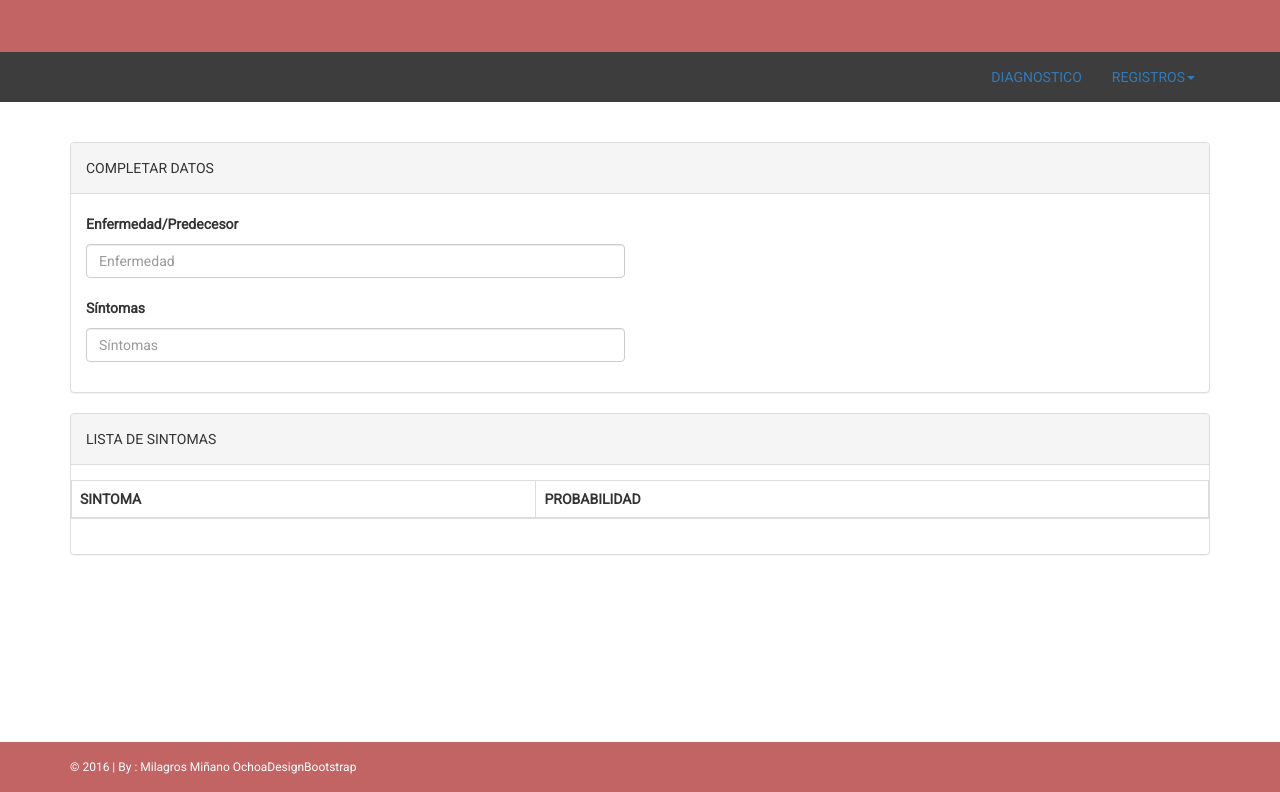
Repository: Mili10/PROYECTOII
Page: http://localhost/Capa_Presentación/frmRegistroSintoma.jsp
These files come from the project's save history. The page is drawn as it stood at one moment and after the next save; the edit follows.
The browser window is 1280 px wide. The pictures show the whole page.
The page is served by Tomcat 9.

Above is the page before, as saved 2016-05-16 06:14:38.

### sistema_experto_web/Capa_Presentación/WebContent/frmRegistroSintoma.jsp
<%@ page language="java" contentType="text/html; charset=ISO-8859-1"
    pageEncoding="ISO-8859-1"%>
<!DOCTYPE html PUBLIC "-//W3C//DTD HTML 4.01 Transitional//EN" "http://www.w3.org/TR/html4/loose.dtd">
<html>
<head>
<meta http-equiv="Content-Type" content="text/html; charset=ISO-8859-1">
<title>Insert title here</title>
	<link href="Plantilla/css/bootstrap.css" rel="stylesheet" />
    <link href="Plantilla/css/font-awesome.css" rel="stylesheet" />
    <link href="Plantilla/css/style.css" rel="stylesheet" />
</head>
<body>
	<jsp:include page="includes/masterHeader.jsp"></jsp:include>
	<div class="content-wrapper">
		<div class="container">
			<div class="panel panel-default">
	             <div class="panel-heading">
	               COMPLETAR DATOS
	             </div>
	              <div class="row">
		             <div class="panel-body">
		             	<div class="col-md-6">
						  <form>
						  <div class="form-group">
						    <label for="exampleInputEmail1">Enfermedad/Predecesor</label>
						    <input type="text" class="form-control" placeholder="Enfermedad">
						  </div>
						  <div class="form-group">
						    <label for="exampleInputPassword1">Síntomas</label>
						    <input type="text" class="form-control" placeholder="Síntomas">
						  </div>
						 </form>
						</div>
					  </div>
				  </div>
	         </div>

	         <div class="panel panel-default">
	             <div class="panel-heading">
	               LISTA DE SINTOMAS
	             </div>
	              <div class="row">
		             <div class="panel-body">
		             	<div class="table-responsive">
                                <table class="table table-striped table-bordered table-hover">
                                    <thead>
                                        <tr>
                                            <th>SINTOMA</th>
                                            <th>PROBABILIDAD</th>
                                        </tr>
                                    </thead>
                                    <tbody>

                                    </tbody>
                                </table>
                            </div>
					  </div>
				  </div>
	         </div>

	      </div>
      </div>


	<jsp:include page="includes/masterFooter.jsp"></jsp:include>

	<script src="Plantilla/js/jquery-1.11.1.js"></script>
    <script src="Plantilla/js/bootstrap.js"></script>
</body>
</html>

### sistema_experto_web/Capa_Presentación/WebContent/includes/masterHeader.jsp
    <div class="navbar navbar-inverse set-radius-zero">
        <div class="container">
            <div class="navbar-header">
                <button type="button" class="navbar-toggle" data-toggle="collapse" data-target=".navbar-collapse">
                    <span class="icon-bar"></span>
                    <span class="icon-bar"></span>
                    <span class="icon-bar"></span>
                </button>
                <a class="navbar-brand" href="index.html">

                </a>

            </div>

        </div>
    </div>
    <!-- LOGO HEADER END-->
    <section class="menu-section">
        <div class="container">
            <div class="row">
                <div class="col-md-12">
                    <div class="navbar-collapse collapse">
                        <ul class="nav navbar-nav navbar-right">
                            <li><a href="frmCuestionario.jsp">DIAGNOSTICO</a></li>
                            <li class="dropdown">
                            	<a href="#" class="dropdown-toggle" data-toggle="dropdown" role="button" aria-haspopup="true" aria-expanded="false">REGISTROS<span class="caret"></span></a>
                            	<ul class="dropdown-menu">
						            <li><a href="frmRegistroSintoma.jsp" role="button">SINTOMA</a></li>
						        </ul>
                            </li>
                        </ul>
                    </div>
                </div>

            </div>
        </div>
    </section>

### sistema_experto_web/Capa_Presentación/WebContent/includes/masterFooter.jsp
<!-- CONTENT-WRAPPER SECTION END-->
    <footer>
        <div class="container">
            <div class="row">
                <div class="col-md-12">
                    &copy; 2016 | By : Milagros Miñano Ochoa<a href="http://www.designbootstrap.com/" target="_blank">DesignBootstrap</a>
                </div>

            </div>
        </div>
    </footer>

### sistema_experto_web/Capa_Presentación/WebContent/Plantilla/css/style.css

/*=============================================================
    Authour URL: www.designbootstrap.com

    http://www.designbootstrap.com/

    License: MIT

    http://opensource.org/licenses/MIT

    100% Free To use For Personal And Commercial Use.

    IN EXCHANGE JUST TELL PEOPLE ABOUT THIS WEBSITE

========================================================  */


/* =============================================================
   GENERAL STYLES
 ============================================================ */

@import url(http://fonts.googleapis.com/css?family=Roboto); /* FREE GOOGLE FONT */

body {
    font-family: 'Roboto', sans-serif;
    line-height: 30px;
}

.set-radius-zero {
    border-radius: 0px;
    -moz-border-radius: 0px;
    -webkit-border-radius: 0px;
}

.content-wrapper {
    margin-top: 40px;
    min-height: 600px;
    padding-bottom: 60px;
}

.page-head-line {
    font-weight: 900;
    padding-bottom: 20px;
    border-bottom: 2px solid #F0677C;
    text-transform: uppercase;
    color: #F0677C;
    font-size: 20px;
    margin-bottom: 40px;
}

.btn {
    border-radius: 0px;
    -webkit-border-radius: 0px;
    -moz-border-radius: 0px;
}

.progress {
    height: 8px;
    border-radius: 0px;
    -webkit-border-radius: 0px;
    -moz-border-radius: 0px;
}
.login-icon {
    height: 60px;
width: 60px;
padding: 13px;
border-radius: 50%;
font-size: 30px;
margin-bottom: 20px;
color: #fff;
text-align: center;
cursor:pointer;
background-color:#F0677C;
-webkit-border-radius:50%;
    -moz-border-radius:50%;
}
/* =============================================================
   HEADER SECTION STYLES
 ============================================================ */
header {
    background-color: #F0677C;
    color: #fff;
    padding: 10px;
    text-align: right;
}


/* =============================================================
   LOGO SECTION STYLES
 ============================================================ */
.left-div {
    padding-left: 30px;
    margin-top: 40px;
    margin-bottom: 30px;
}

.navbar-brand {
    width: 250px;
    padding-top: 30px;
}

/* USER SETTINGS DIV */
.user-settings-wrapper .nav > li > a {
    position: relative;
    display: block;
    padding: 15px 18px;
    border-radius: 50%;
    -webkit-border-radius: 50%;
    -moz-border-radius: 50%;
    height: 60px;
    width: 60px;
    background-color: #F0677C;
    color: #fff;
}

.user-settings-wrapper {
    margin-top: 10px;
}

    .user-settings-wrapper li {
        display: inline-block;
    }

    .user-settings-wrapper .dropdown-settings {
        width: 200px;
        padding: 10px;
    }

    .user-settings-wrapper .nav > li > a:hover,.user-settings-wrapper .nav > li > a:focus {
        text-decoration: none;
        background-color: #C36464!important;
    }

    .user-settings-wrapper img {
        height: 64px;
        width: 64px;
        border: 1px solid #000000;
    }

    .user-settings-wrapper .dropdown-menu {
        margin: 0px;
        border-radius: 0px!important;
        -moz-border-radius: 0px!important;
        -webkit-border-radius: 0px!important;
    }

    .user-settings-wrapper .btn {
        border-radius: 0px!important;
        -moz-border-radius: 0px!important;
        -webkit-border-radius: 0px!important;
    }

    .user-settings-wrapper .media-heading {
        padding-top: 10px;
    }

/* MENU LINKS SECTION*/

.menu-section {
    background-color: #3D3D3D;
}

#menu-top a {
    color: #FFF;
    text-decoration: none;
    font-weight: 500;
    padding: 10px 10px 10px 10px;
    text-transform: uppercase;
}

.menu-top-active {
    background-color: #C36464;
}

.menu-section .nav > li > a:hover,.menu-section .nav > li > a:focus {
    background-color: #F0677C!important;
}

.menu-section .dropdown-menu > li > a:hover,.menu-section .dropdown-menu > li > a:focus {
    background-color: #F0677C!important;
}

.navbar-inverse {
    background-color: #C36464;
    border-color: transparent;
}

.navbar-toggle {
    background-color: #F0677C;
    border: 1px solid #fff;
}

.navbar {
    margin-bottom: 0px;
}
/* =============================================================
   FOOTER SECTION STYLES
 ============================================================ */
footer {
    padding: 10px;
    color: #fff;
    font-size: 12px;
    background-color: #C36464;
}

    footer a, footer a:hover {
        color: #fff;
        text-decoration: none;
    }

/*==============================================
    DASHBOARD  STYLES
 =============================================*/

/* DASHBOARD ICONS */

.bk-clr-one {
    background-color: #B9B739;
}

.bk-clr-two {
    background-color: #F94C4C;
}

.bk-clr-three {
    background-color: #119c7e;
}

.bk-clr-four {
    background-color: #b739b9;
}

.dashboard-div-icon {
    height: 75px;
    width: 75px;
    border: 2px solid #fff;
    padding: 20px;
    border-radius: 50%;
    -webkit-border-radius:50%;
    -moz-border-radius:50%;
    font-size: 30px;
    margin-bottom: 20px;
    color: #fff;
}

.dashboard-div-wrapper {
    border-radius: 5px;
    text-align: center;
    padding: 15px;
    color: #fff;
    margin-bottom: 50px;
}

    .dashboard-div-wrapper .progress {
        height: 2px;
    }

/* NOTICE BOARD */


.notice-board .panel {
    border-radius: 0px;
    -webkit-border-radius: 0px;
    -moz-border-radius: 0px;
}

.notice-board ul {
    padding-left: 0px;
    list-style: none;
}

.notice-board li {
    padding: 10px;
    border-bottom: 1px solid #E5E5E5;
}

    .notice-board li span {
        margin-right: 10px;
        border: 1px solid #DBDBDB;
        padding: 5px;
    }

    .notice-board li a, li a:hover {
        text-decoration: none;
        color: #000;
    }

/* SOCIAL BUTTONS */
.btn-social {
    color: white;
    opacity: 0.8;
}

    .btn-social:hover {
        color: white;
        opacity: 1;
        text-decoration: none;
    }

.btn-facebook {
    background-color: #3b5998;
}

.btn-twitter {
    background-color: #00aced;
}

.btn-linkedin {
    background-color: #0e76a8;
}

.btn-google {
    background-color: #c32f10;
}

Loaded but not shown: sistema_experto_web/Capa_Presentación/WebContent/Plantilla/css/bootstrap.css (library); sistema_experto_web/Capa_Presentación/WebContent/Plantilla/css/font-awesome.css (library); sistema_experto_web/Capa_Presentación/WebContent/Plantilla/js/jquery-1.11.1.js (library); sistema_experto_web/Capa_Presentación/WebContent/Plantilla/js/bootstrap.js (library)

After the next save:
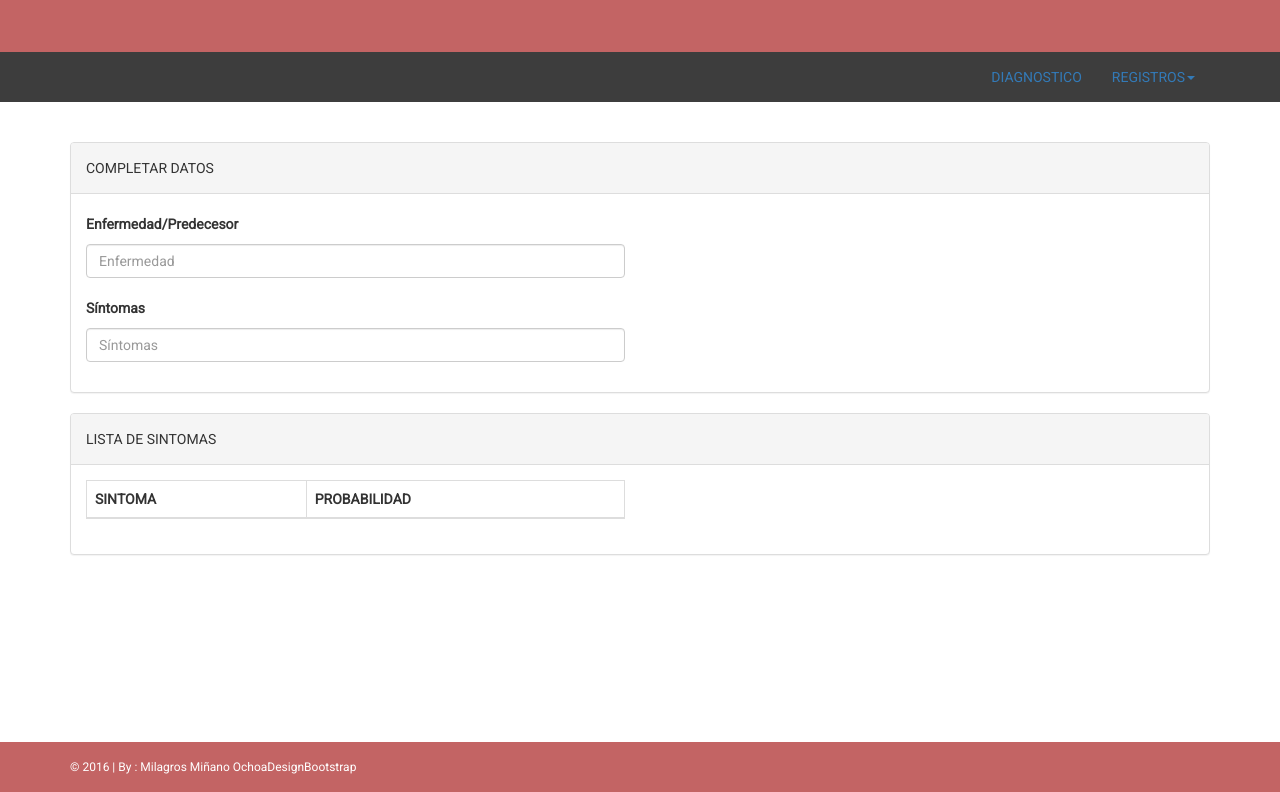
Saved 3 min 48 s later.
--- a/sistema_experto_web/Capa_Presentación/WebContent/frmRegistroSintoma.jsp
+++ b/sistema_experto_web/Capa_Presentación/WebContent/frmRegistroSintoma.jsp
@@ -29,6 +29,7 @@
 						    <label for="exampleInputPassword1">Síntomas</label>
 						    <input type="text" class="form-control" placeholder="Síntomas">
 						  </div>
+
 						 </form>
 						</div>
 					  </div>
@@ -41,6 +42,7 @@
 	             </div>
 	              <div class="row">
 		             <div class="panel-body">
+		              <div class="col-md-6">
 		             	<div class="table-responsive">
                                 <table class="table table-striped table-bordered table-hover">
                                     <thead>
@@ -54,6 +56,7 @@
                                     </tbody>
                                 </table>
                             </div>
+                         </div>
 					  </div>
 				  </div>
 	         </div>
